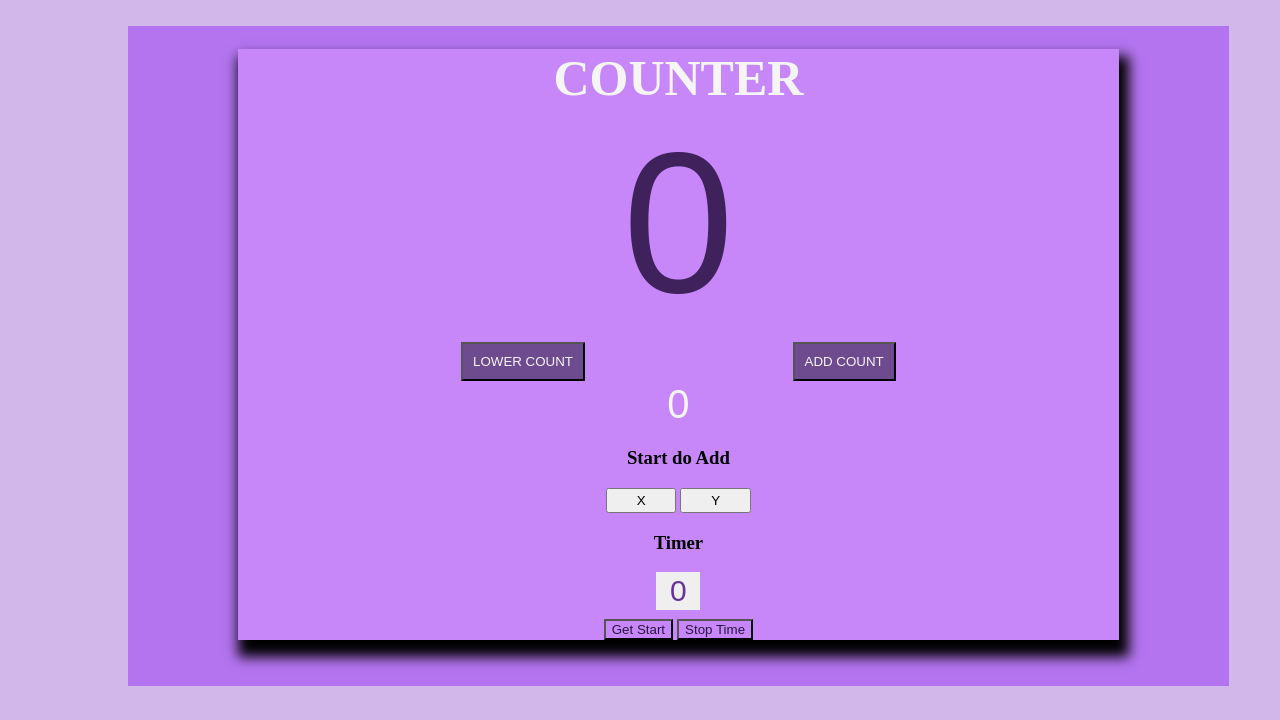
Repository: AnahitKhechumyan/Counter
Page: index.html
These files come from the project's save history. The page is drawn as it stood at one moment and after the next save; the edit follows.
The browser window is 1280 px wide. The pictures show the whole page.
The pointer rests on the first visible `.getTime`.

Above is the page before, as saved 2022-02-14 22:49:53.

After the next save:
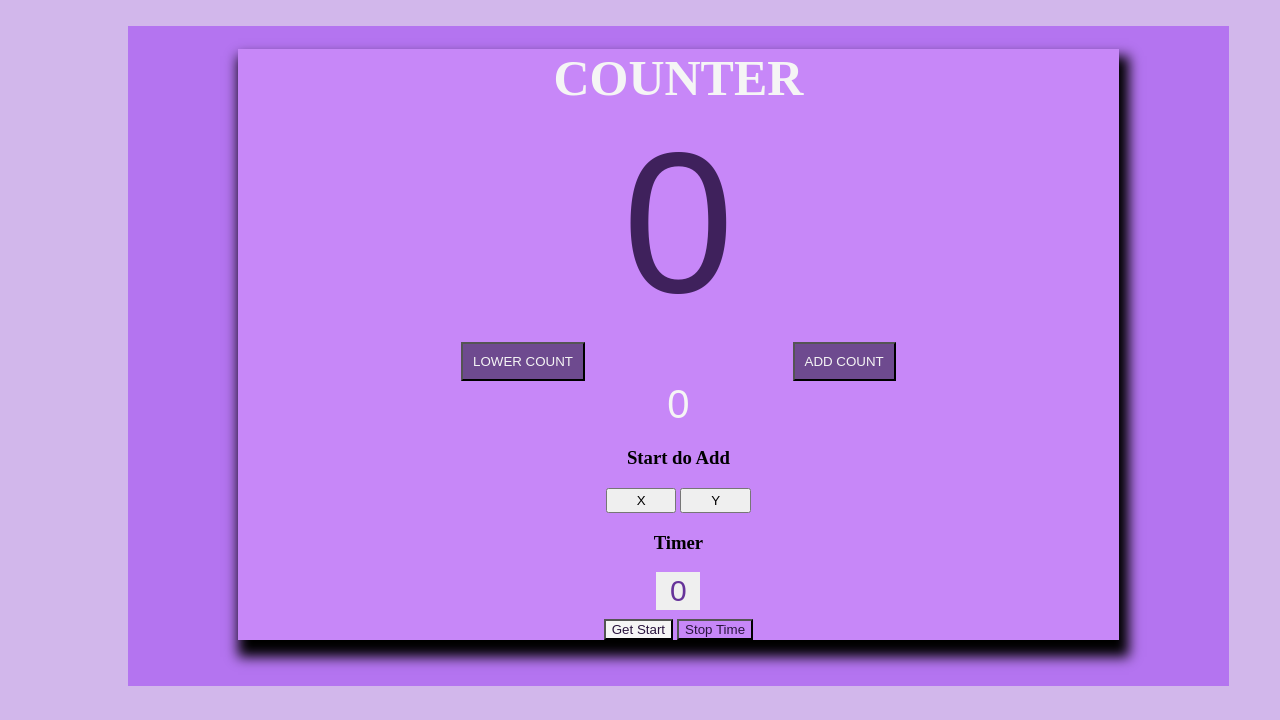
Saved 99 s later.
--- a/style.css
+++ b/style.css
@@ -82,6 +82,10 @@ body{
     color:rgb(41, 20, 61);
     cursor:pointer;
 }
+.getTime:hover, .stopTime:hover{
+    background-color: whitesmoke;
+    font-weight: 200;
+}
 h3{
     cursor:pointer;
 }
